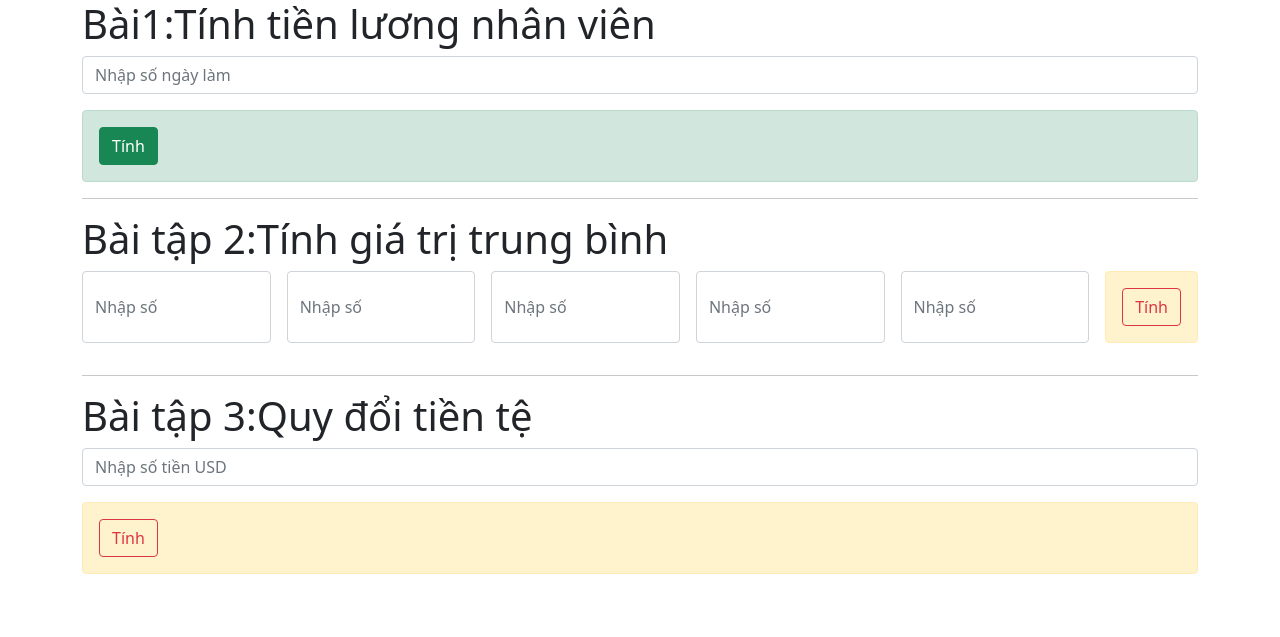
Repository: qkhanh1104k/Js-buoi2-3_giaodienbuoi1
Page: index.html
The author's editor kept a copy of each file at every save. The page is drawn from the files as they stood at one save, then again after the next save.
The browser window is 1280 px wide. The pictures show the whole page.

Above is the page before, as saved 2022-07-21 11:02:53.

After the next save:
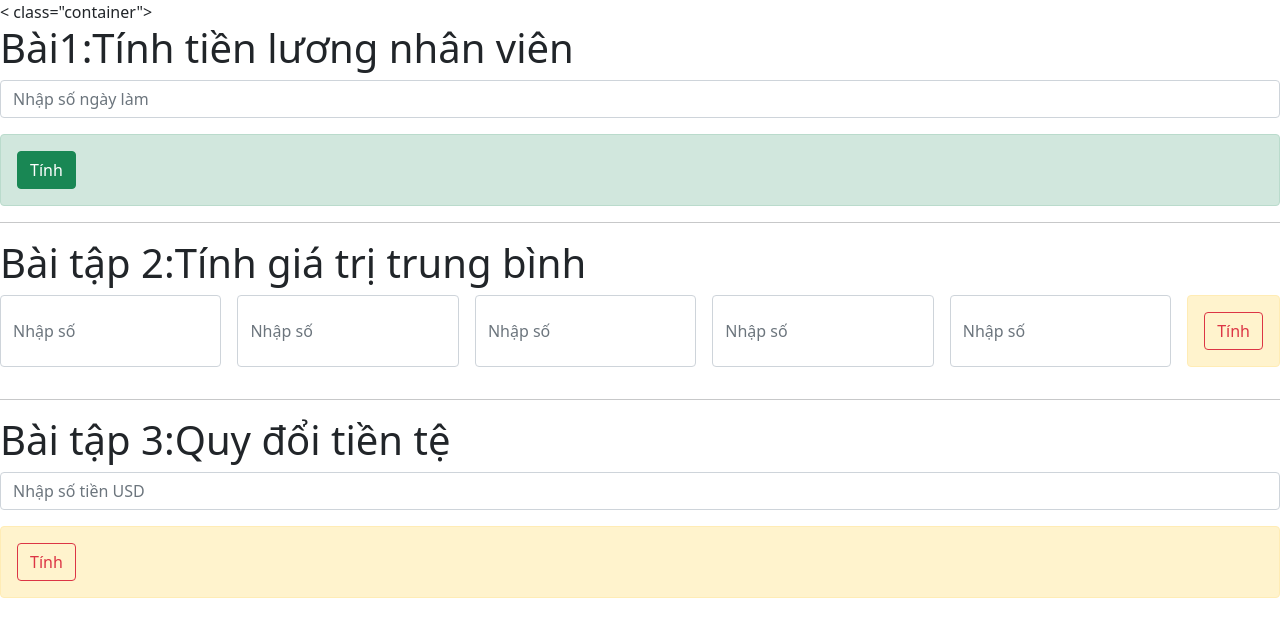
Saved 38 s later.
--- a/index.html
+++ b/index.html
@@ -13,7 +13,7 @@
     />
   </head>
   <body>
-    <div class="container">
+    < class="container">
       <h1>Bài1:Tính tiền lương nhân viên</h1>
       <div>
         <input
@@ -48,8 +48,6 @@
                 <button class="btn btn-outline-danger" onclick="changeMoney()">Tính</button>
             </div>
         </div>
-      </div>
-    </div>
 
     <script src="./index.js"></script>
   </body>
